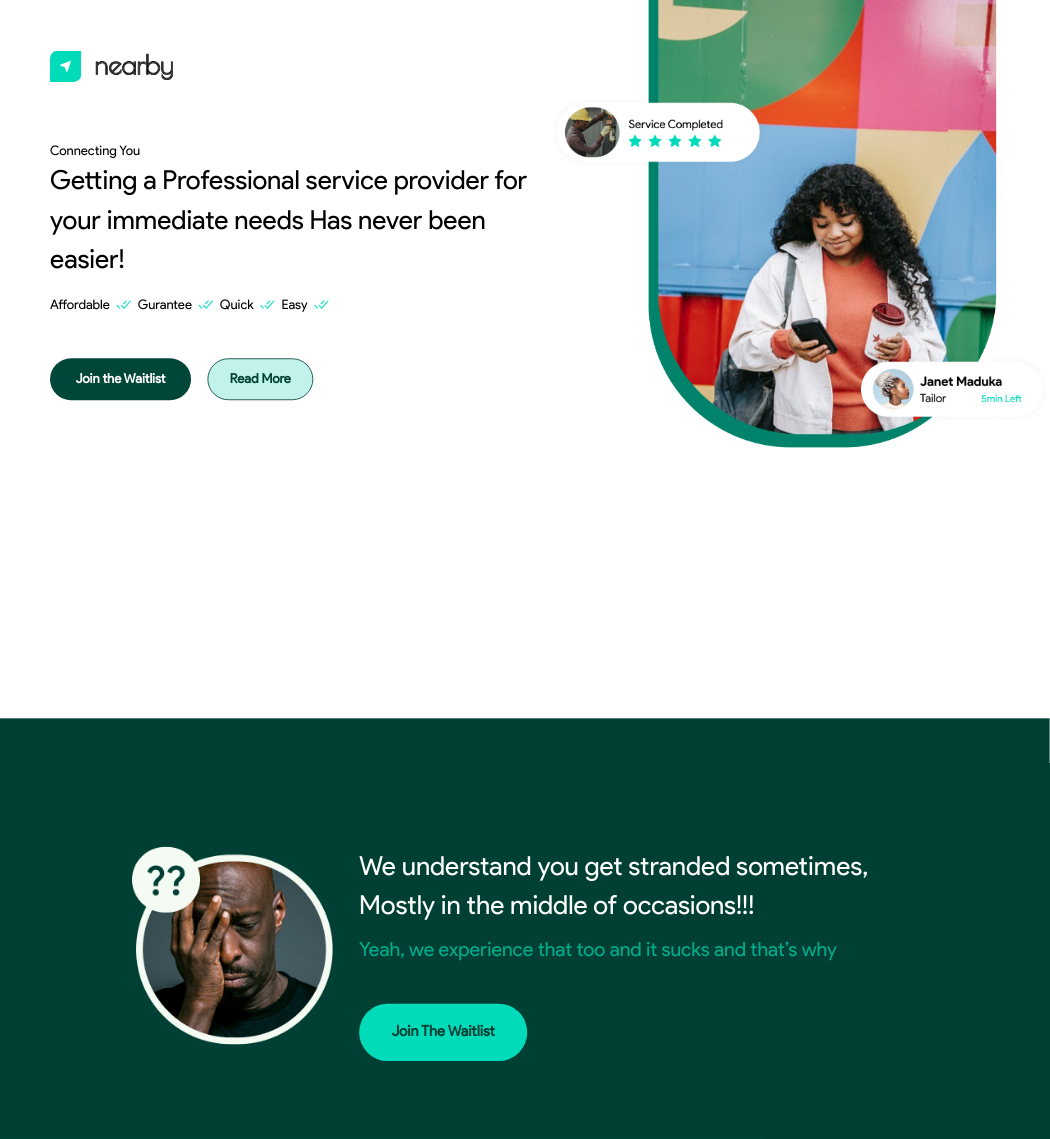
Repository: Eugene44-hub/Mearby
Page: /
The author's editor kept a copy of each file at every save. The page is drawn from the files as they stood at one save, then again after the next save.
The browser window is 1280 px wide. The pictures show the whole page, at 82% of full size.
The project was rebuilt for these pictures with package versions that can differ from the ones it lists, and the page was loaded fresh each time.

Above is the page before, as saved 2022-04-30 07:29:21.

After the next save:
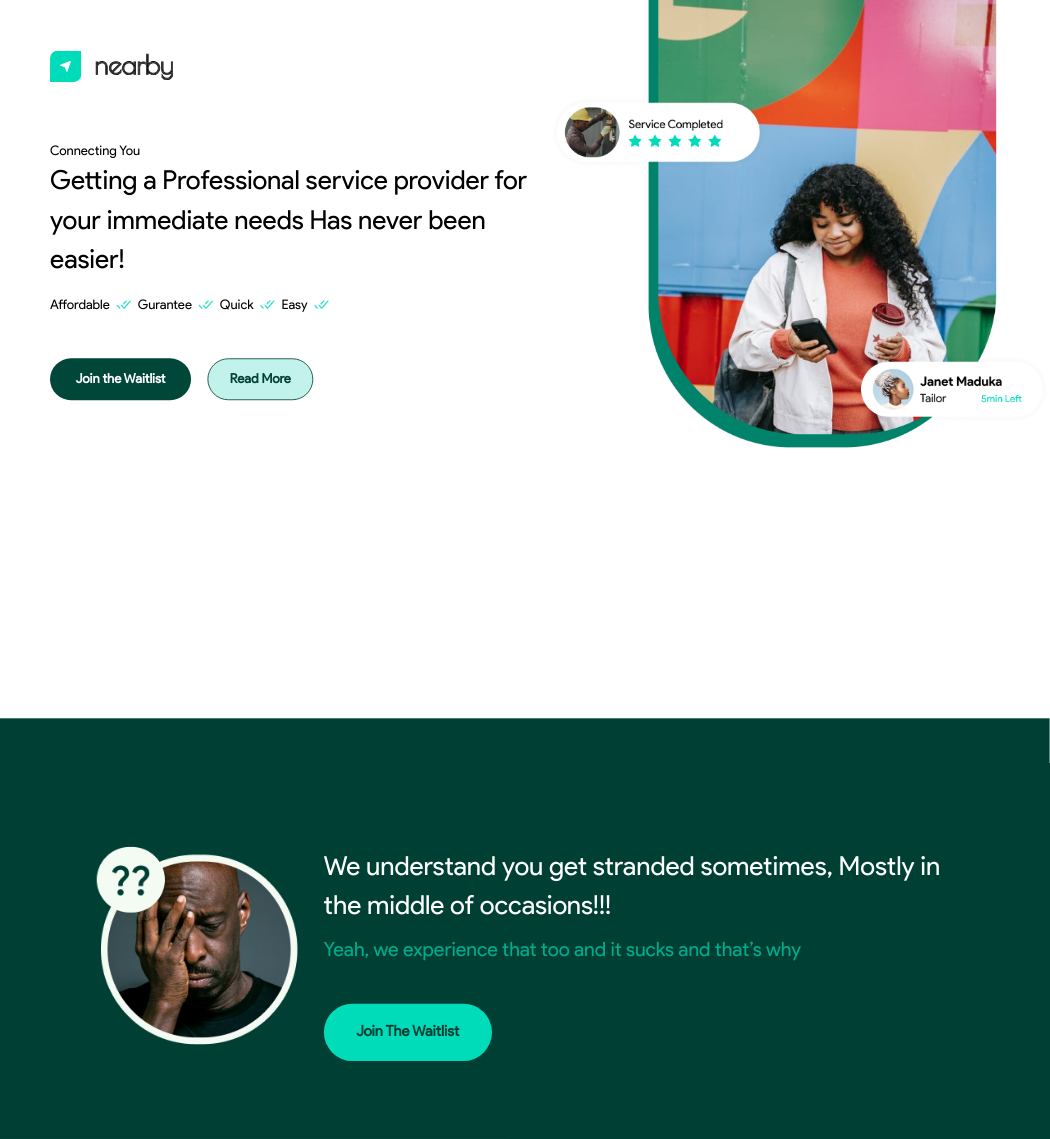
Saved 45 s later.
--- a/src/components/understand/Understand.tsx
+++ b/src/components/understand/Understand.tsx
@@ -3,7 +3,7 @@ import understand from "../../assets/images/understand.png"
 import WaitLight from "../../components/Buttons/WaitLight"
 const Understand = () => {
   return (
-    <div className='container bg-[#004034] md:pl-[61px] md:pr-[27px]'>
+    <div className='container bg-[#004034] '>
  <div className='md:px-0 px-5 pt-[9.75rem] md:flex justify-center  relative mt-[20rem]'>
 
 <img src={understand} className=" absolute block md:hidden translate-x-[-50%] left-[50%] top-[-20%]" alt="understand" />

After the save that followed:
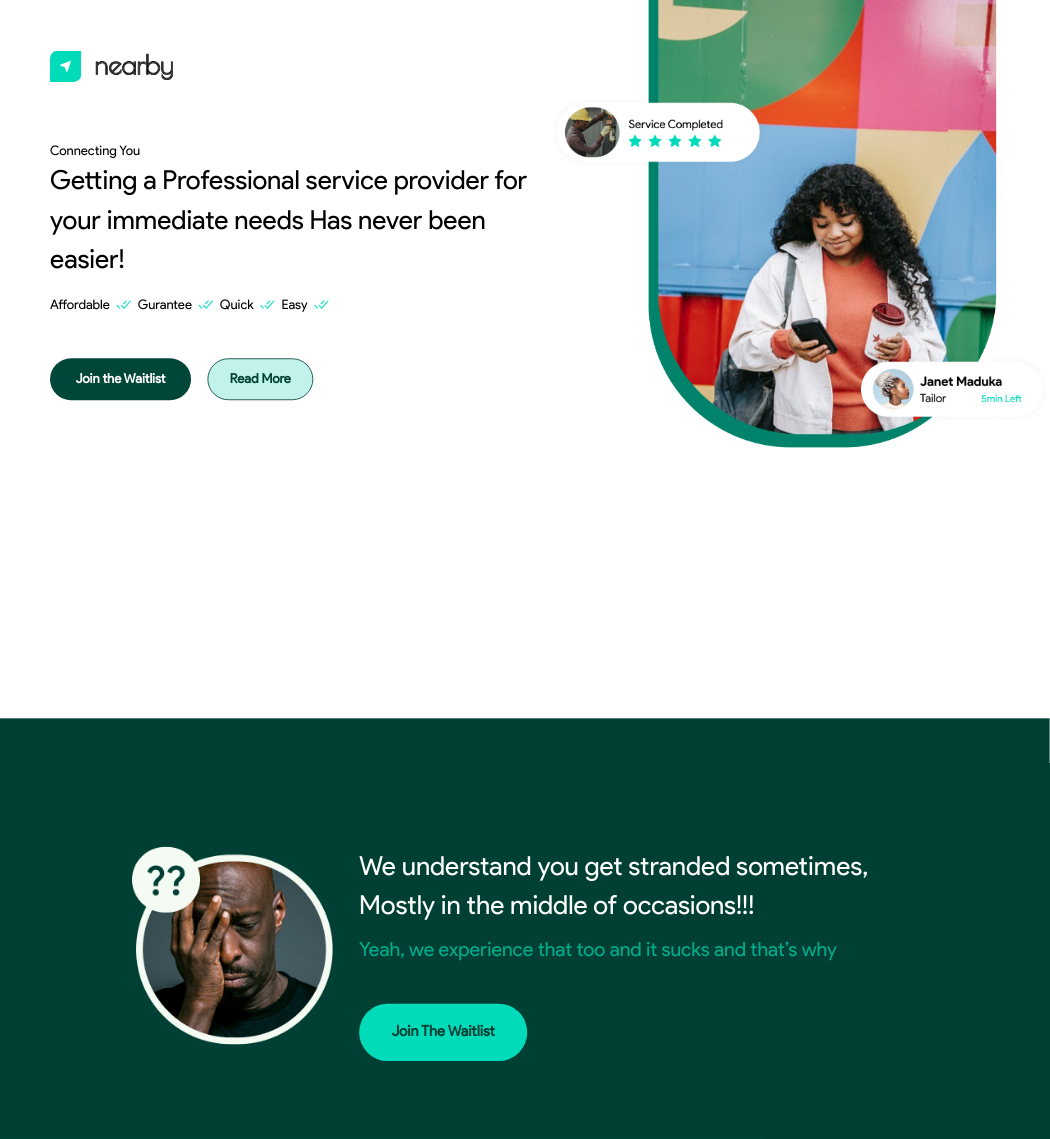
Saved 4 s later.
--- a/src/components/understand/Understand.tsx
+++ b/src/components/understand/Understand.tsx
@@ -4,7 +4,7 @@ import WaitLight from "../../components/Buttons/WaitLight"
 const Understand = () => {
   return (
     <div className='container bg-[#004034] '>
- <div className='md:px-0 px-5 pt-[9.75rem] md:flex justify-center  relative mt-[20rem]'>
+ <div className='md:px-0 px-5 pt-[9.75rem] md:pl-[61px] md:pr-[27px] md:flex justify-center  relative mt-[20rem]'>
 
 <img src={understand} className=" absolute block md:hidden translate-x-[-50%] left-[50%] top-[-20%]" alt="understand" />
 <div className='md:block hidden mr-[2rem]'>
